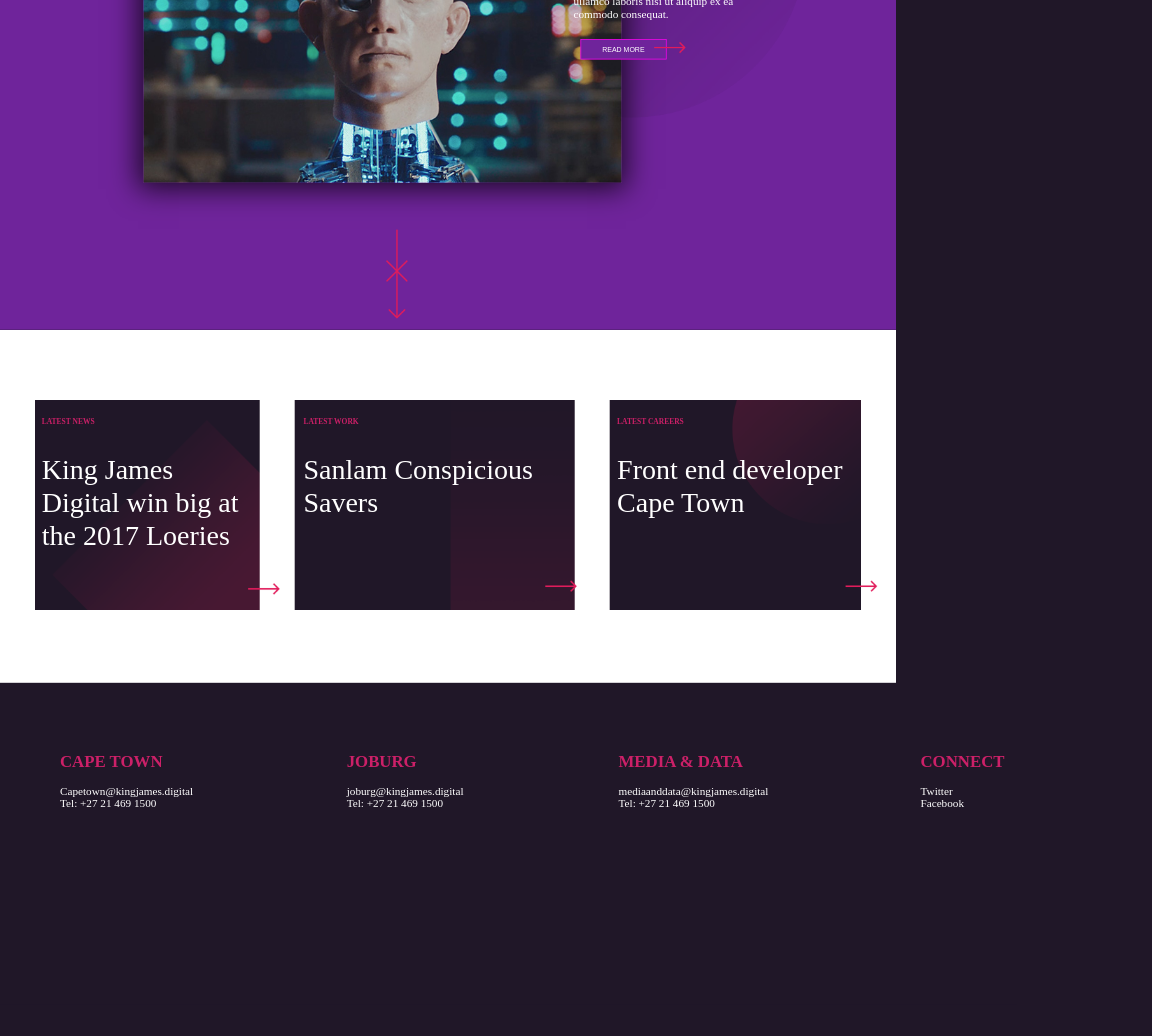
Repository: Ajtheult/King-James-Site
Page: index.html
The author's editor kept a copy of each file at every save. The page is drawn from the files as they stood at one save, then again after the next save.
The browser window is 1280 px wide. The page is 1646 px wide, then 1576 px, so the pictures cover 1646 px, including what lies to the right of the window. The pictures show the part of the page from y = 2839 to 4319 px (the page is 4319 px tall), at 70% of full size.
Some web fonts or font styles are not loaded; a fallback is used. The style sheet was rebuilt from its Sass, Less or Tailwind sources for each picture, by a compiler version that may differ from the author's.

Above is the page before, as saved 2020-08-21 15:19:46.

After the next save:
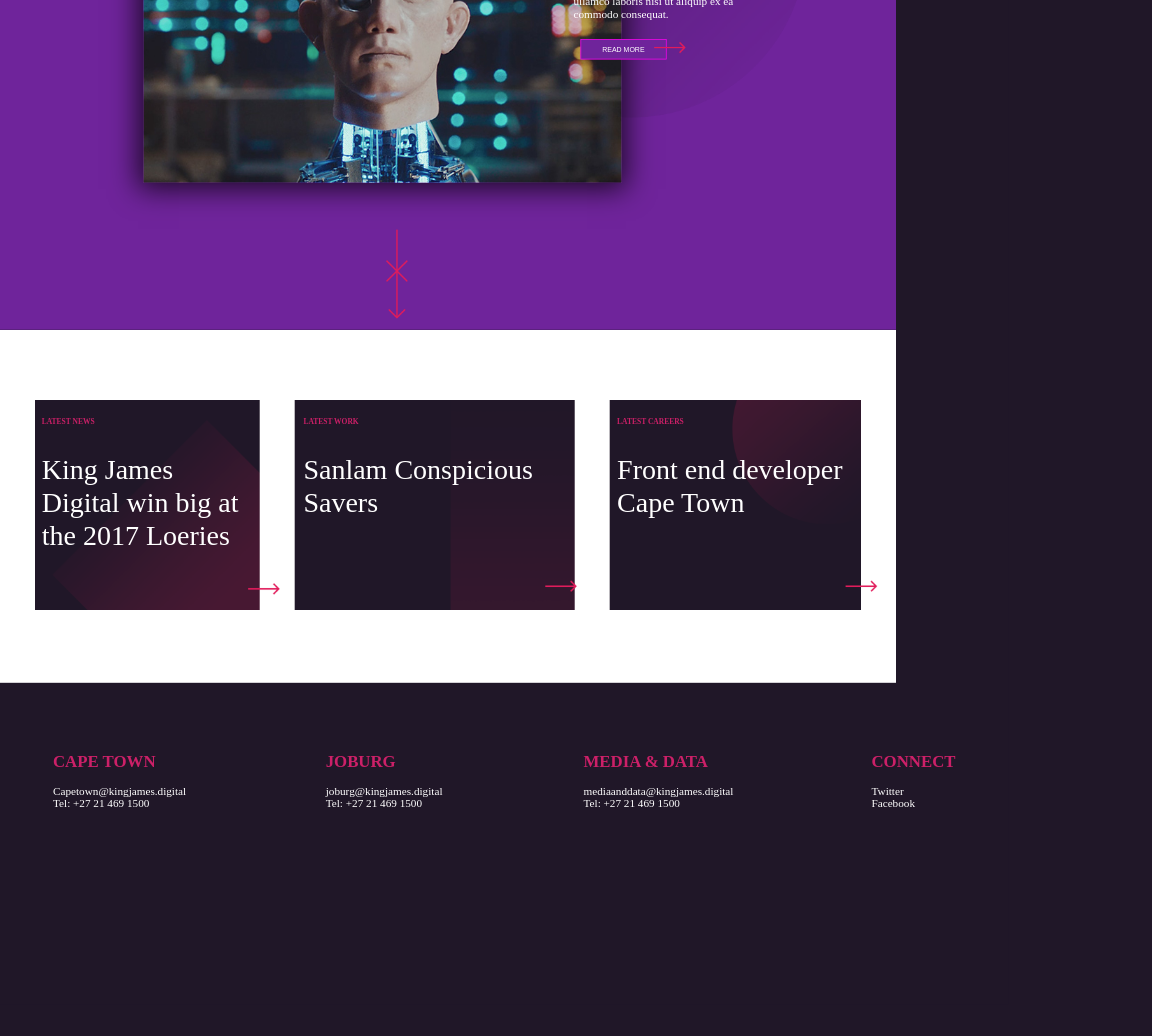
Saved 7 s later.
--- a/styling/index.scss
+++ b/styling/index.scss
@@ -223,7 +223,7 @@ body {
       height: 300px;
       text-align: center;
       padding: 80px;
-      margin-right: 10px;
+      margin-left: -10px;
 
       h2 {
         color: rgb(204, 32, 104);
